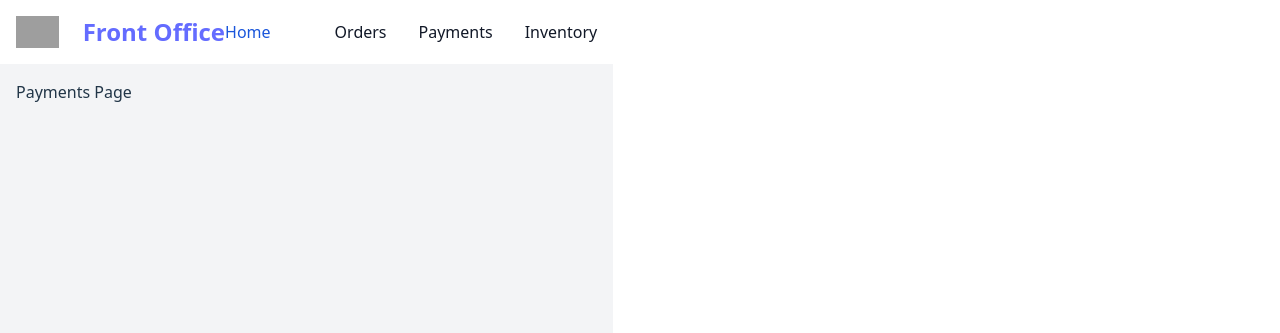
Repository: ib-entreprise/projet-micro-service
Page: /payments (app in front-office/)
An editor plug-in stored every save of this project. The page is shown before and after the next save, followed by the edit.
The browser window is 1280 px wide. The pictures show the whole page.
Pictures or frames that could not be fetched are drawn as grey boxes. The page's requests for data from a server got no answer. Some web libraries are served in a nearby version. The project was rebuilt for these pictures with package versions that can differ from the ones it lists, and the page was loaded fresh each time. No one was signed in, and anything a server would have sent is missing. Also part of the build but not shown: front-office/vite.config.ts, front-office/src/components/Orders.tsx.

Above is the page before, as saved 2025-03-19 13:54:37.

### front-office/index.html
<!doctype html>
<html lang="en">
  <head>
    <meta charset="UTF-8" />
    <link rel="icon" type="image/svg+xml" href="/vite.svg" />
    <meta name="viewport" content="width=device-width, initial-scale=1.0" />
    <title>Vite + React + TS</title>
    <script src="https://cdn.jsdelivr.net/npm/@tailwindcss/browser@4"></script>
    <link href="https://cdn.jsdelivr.net/npm/flowbite@3.1.2/dist/flowbite.min.css" rel="stylesheet" />


  </head>
  <body>
    <div id="root"></div>
    <script type="module" src="/src/main.tsx"></script>
    <script src="https://cdn.jsdelivr.net/npm/flowbite@3.1.2/dist/flowbite.min.js"></script>

  </body>
</html>

### front-office/src/App.tsx
import 'flowbite';
import React from 'react';
import { BrowserRouter as Router, Routes, Route } from 'react-router-dom';
import Navbar from './components/Navbar';
import Orders from './components/Orders';

// Pages simples pour les autres routes
const Home = () => <h2>Home Page</h2>;
const Payments = () => <h2>Payments Page</h2>;
const Inventory = () => <h2>Inventory Page</h2>;

function App() {
  return (
    <Router>
      <div className="bg-gray-100 min-h-screen">
        {/* Navbar */}
        <Navbar />

        {/* Contenu principal */}
        <main className="container mx-auto p-4">
          <Routes>
            <Route path="/" element={<Home />} />
            <Route path="/orders" element={<Orders />} />
            <Route path="/payments" element={<Payments />} />
            <Route path="/inventory" element={<Inventory />} />
          </Routes>
        </main>
      </div>
    </Router>
  );
}

export default App;

### front-office/src/components/Navbar.tsx
export default function Nav() {
  return (
    <nav className="bg-white border-gray-200 dark:bg-gray-900">
  <div className="max-w-screen-xl flex flex-wrap items-center justify-between mx-auto p-4">
    <a href="/" className="flex items-center space-x-3 rtl:space-x-reverse">
      <img src="https://flowbite.com/docs/images/logo.svg" className="h-8" alt="Flowbite Logo" />
      <span className="self-center text-2xl font-semibold whitespace-nowrap dark:text-white">Front Office</span>
    </a>
    <button
      data-collapse-toggle="navbar-default"
      type="button"
      className="inline-flex items-center p-2 w-10 h-10 justify-center text-sm text-gray-500 rounded-lg md:hidden hover:bg-gray-100 focus:outline-none focus:ring-2 focus:ring-gray-200 dark:text-gray-400 dark:hover:bg-gray-700 dark:focus:ring-gray-600"
      aria-controls="navbar-default"
      aria-expanded="false"
    >
      <span className="sr-only">Open main menu</span>
      <svg
        className="w-5 h-5"
        aria-hidden="true"
        xmlns="http://www.w3.org/2000/svg"
        fill="none"
        viewBox="0 0 17 14"
      >
        <path
          stroke="currentColor"
          strokeLinecap="round"
          strokeLinejoin="round"
          strokeWidth="2"
          d="M1 1h15M1 7h15M1 13h15"
        />
      </svg>
    </button>
    <div className="hidden w-full md:block md:w-auto" id="navbar-default">
      <ul className="font-medium flex flex-col p-4 md:p-0 mt-4 border border-gray-100 rounded-lg bg-gray-50 md:flex-row md:space-x-8 rtl:space-x-reverse md:mt-0 md:border-0 md:bg-white dark:bg-gray-800 md:dark:bg-gray-900 dark:border-gray-700">
        <li>
          <a
            href="/"
            className="block py-2 px-3 text-white bg-blue-700 rounded-sm md:bg-transparent md:text-blue-700 md:p-0 dark:text-white md:dark:text-blue-500"
            aria-current="page"
          >
            Home
          </a>
        </li>
        <li>
          <a
            href="/orders"
            className="block py-2 px-3 text-gray-900 rounded-sm hover:bg-gray-100 md:hover:bg-transparent md:border-0 md:hover:text-blue-700 md:p-0 dark:text-white md:dark:hover:text-blue-500 dark:hover:bg-gray-700 dark:hover:text-white md:dark:hover:bg-transparent"
          >
            Orders
          </a>
        </li>
        <li>
          <a
            href="/payments"
            className="block py-2 px-3 text-gray-900 rounded-sm hover:bg-gray-100 md:hover:bg-transparent md:border-0 md:hover:text-blue-700 md:p-0 dark:text-white md:dark:hover:text-blue-500 dark:hover:bg-gray-700 dark:hover:text-white md:dark:hover:bg-transparent"
          >
            Payments
          </a>
        </li>
        <li>
          <a
            href="/inventory"
            className="block py-2 px-3 text-gray-900 rounded-sm hover:bg-gray-100 md:hover:bg-transparent md:border-0 md:hover:text-blue-700 md:p-0 dark:text-white md:dark:hover:text-blue-500 dark:hover:bg-gray-700 dark:hover:text-white md:dark:hover:bg-transparent"
          >
            Inventory
          </a>
        </li>
      </ul>
    </div>
  </div>
</nav>
  );
}

### front-office/src/components/Payments.tsx
import React, { useState, useEffect } from 'react';

const Payments = () => {
  const [payments, setPayments] = useState([]);
  const [newPayment, setNewPayment] = useState({ amount: '', status: '' });

  // Récupérer les paiements via le gateway
  useEffect(() => {
    const fetchPayments = async () => {
      try {
        const response = await fetch('http://localhost:9091/api/p/paiements'); // Via le gateway
        const data = await response.json();
        setPayments(data);
      } catch (error) {
        console.error('Error fetching payments:', error);
      }
    };
    fetchPayments();
  }, []);

  // Ajouter un nouveau paiement via le gateway
  const handleAddPayment = async (e) => {
    e.preventDefault();
    try {
      const response = await fetch('http://localhost:9091/api/p/paiements', {
        method: 'POST',
        headers: { 'Content-Type': 'application/json' },
        body: JSON.stringify(newPayment),
      });

      if (!response.ok) {
        const errorData = await response.json();
        throw new Error(errorData.message || 'Failed to add payment');
      }

      const data = await response.json();
      setPayments([...payments, data]);
      setNewPayment({ amount: '', status: '' });
    } catch (error) {
      console.error('Error adding payment:', error);
    }
  };

  // Supprimer un paiement via le gateway
  const handleDeletePayment = async (id) => {
    try {
      await fetch(`http://localhost:9091/api/p/paiements/${id}`, {
        method: 'DELETE',
      });
      setPayments(payments.filter((payment) => payment.id !== id));
    } catch (error) {
      console.error('Error deleting payment:', error);
    }
  };

  return (
    <div className="container mx-auto p-4">
      <h1 className="text-2xl font-bold mb-4">Payments</h1>

      {/* Formulaire pour ajouter un paiement */}
      <form onSubmit={handleAddPayment} className="mb-6">
        <div className="grid grid-cols-1 md:grid-cols-2 gap-4">
          <input
            type="number"
            placeholder="Amount"
            value={newPayment.amount}
            onChange={(e) =>
              setNewPayment({ ...newPayment, amount: parseFloat(e.target.value) || 0 })
            }
            className="p-2 border rounded-md w-full"
            required
          />
          <input
            type="text"
            placeholder="Status (e.g., Paid, Pending)"
            value={newPayment.status}
            onChange={(e) => setNewPayment({ ...newPayment, status: e.target.value })}
            className="p-2 border rounded-md w-full"
            required
          />
        </div>
        <button
          type="submit"
          className="mt-4 px-4 py-2 bg-blue-500 text-black rounded-md hover:bg-blue-600 transition duration-300"
        >
          Add Payment
        </button>
      </form>

      {/* Liste des paiements */}
      <div>
        <h2 className="text-xl font-semibold mb-2">Payment List</h2>
        <ul className="space-y-2">
          {payments.map((payment) => (
            <li
              key={payment.id}
              className="p-3 bg-gray-100 rounded-md flex justify-between items-center"
            >
              <div>
                <strong>${payment.amount}</strong> - {payment.status}
              </div>
              <button
                onClick={() => handleDeletePayment(payment.id)}
                className="px-4 py-2 bg-red-500 text-white rounded-md hover:bg-red-600 transition duration-300"
              >
                Delete
              </button>
            </li>
          ))}
        </ul>
      </div>
    </div>
  );
};

export default Payments;

Loaded but not shown: front-office/src/main.tsx (common file); front-office/src/index.css (common file)

After the next save:
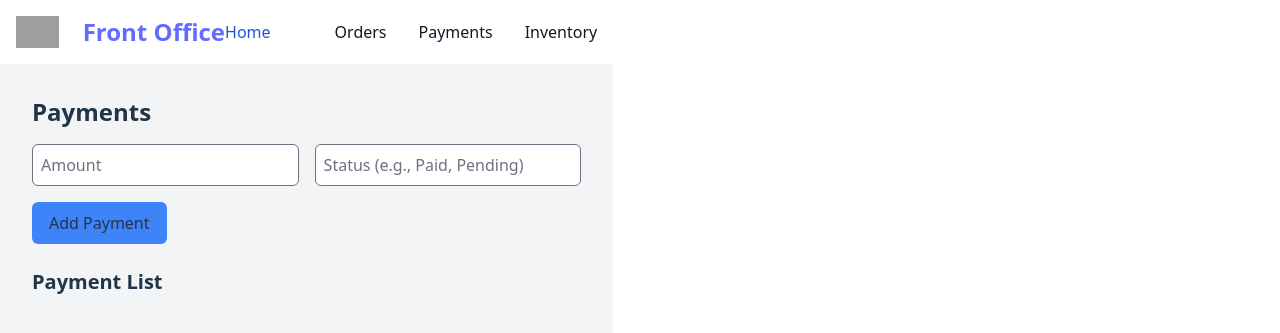
Saved 22 s later.
--- a/front-office/src/App.tsx
+++ b/front-office/src/App.tsx
@@ -1,12 +1,11 @@
-import 'flowbite';
 import React from 'react';
 import { BrowserRouter as Router, Routes, Route } from 'react-router-dom';
 import Navbar from './components/Navbar';
 import Orders from './components/Orders';
+import Payments from './components/Payments'; // Importez le composant Payments
 
 // Pages simples pour les autres routes
 const Home = () => <h2>Home Page</h2>;
-const Payments = () => <h2>Payments Page</h2>;
 const Inventory = () => <h2>Inventory Page</h2>;
 
 function App() {
@@ -21,7 +20,7 @@
           <Routes>
             <Route path="/" element={<Home />} />
             <Route path="/orders" element={<Orders />} />
-            <Route path="/payments" element={<Payments />} />
+            <Route path="/payments" element={<Payments />} /> {/* Route pour Payments */}
             <Route path="/inventory" element={<Inventory />} />
           </Routes>
         </main>

After the save that followed:
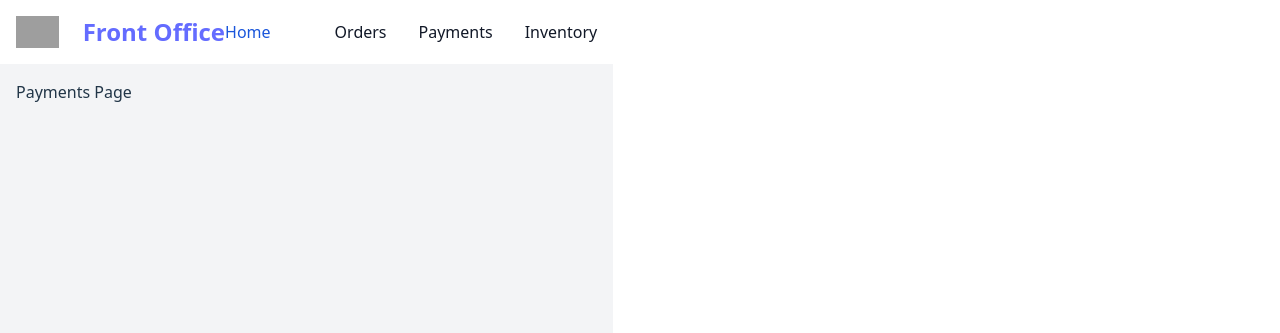
Saved 7 s later.
--- a/front-office/src/App.tsx
+++ b/front-office/src/App.tsx
@@ -2,10 +2,10 @@
 import { BrowserRouter as Router, Routes, Route } from 'react-router-dom';
 import Navbar from './components/Navbar';
 import Orders from './components/Orders';
-import Payments from './components/Payments'; // Importez le composant Payments
 
 // Pages simples pour les autres routes
 const Home = () => <h2>Home Page</h2>;
+const Payments = () => <h2>Payments Page</h2>;
 const Inventory = () => <h2>Inventory Page</h2>;
 
 function App() {
@@ -20,7 +20,7 @@
           <Routes>
             <Route path="/" element={<Home />} />
             <Route path="/orders" element={<Orders />} />
-            <Route path="/payments" element={<Payments />} /> {/* Route pour Payments */}
+            <Route path="/payments" element={<Payments />} />
             <Route path="/inventory" element={<Inventory />} />
           </Routes>
         </main>
